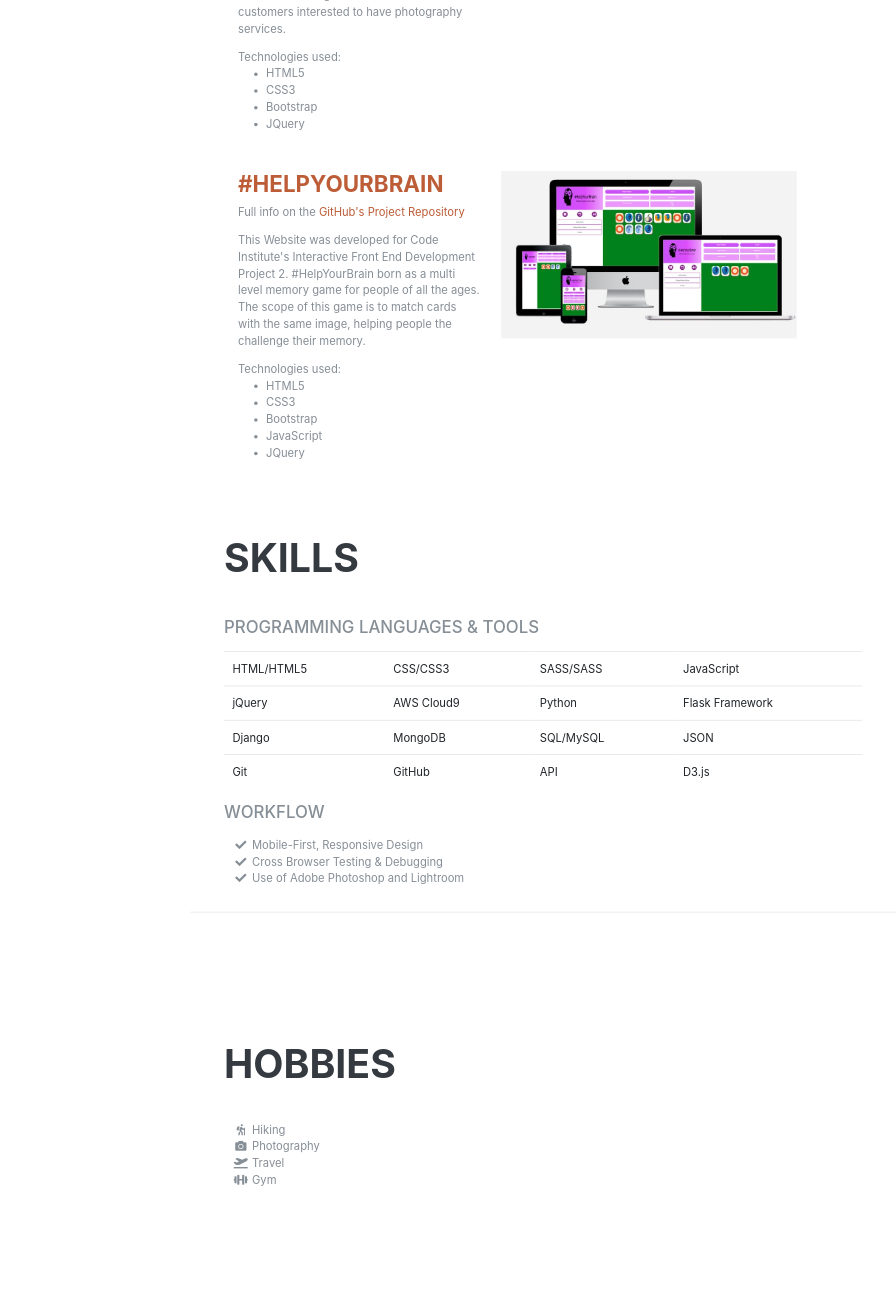
Repository: gello94/antonio_augello_online_Resume
Page: http://localhost/
The author's editor kept a record of every edit. The page is drawn from the files as they stood at one moment, then again after the next edit.
The browser window is 1280 px wide. The pictures show the part of the page from y = 2819 to 4739 px (the page is 4698 px tall before and 4739 px after), at 70% of full size.
Some web fonts or font styles are not loaded; a fallback is used. The page is served by the project's application, run on Flask 3 (run.py).

Above is the page before.

After the next edit:
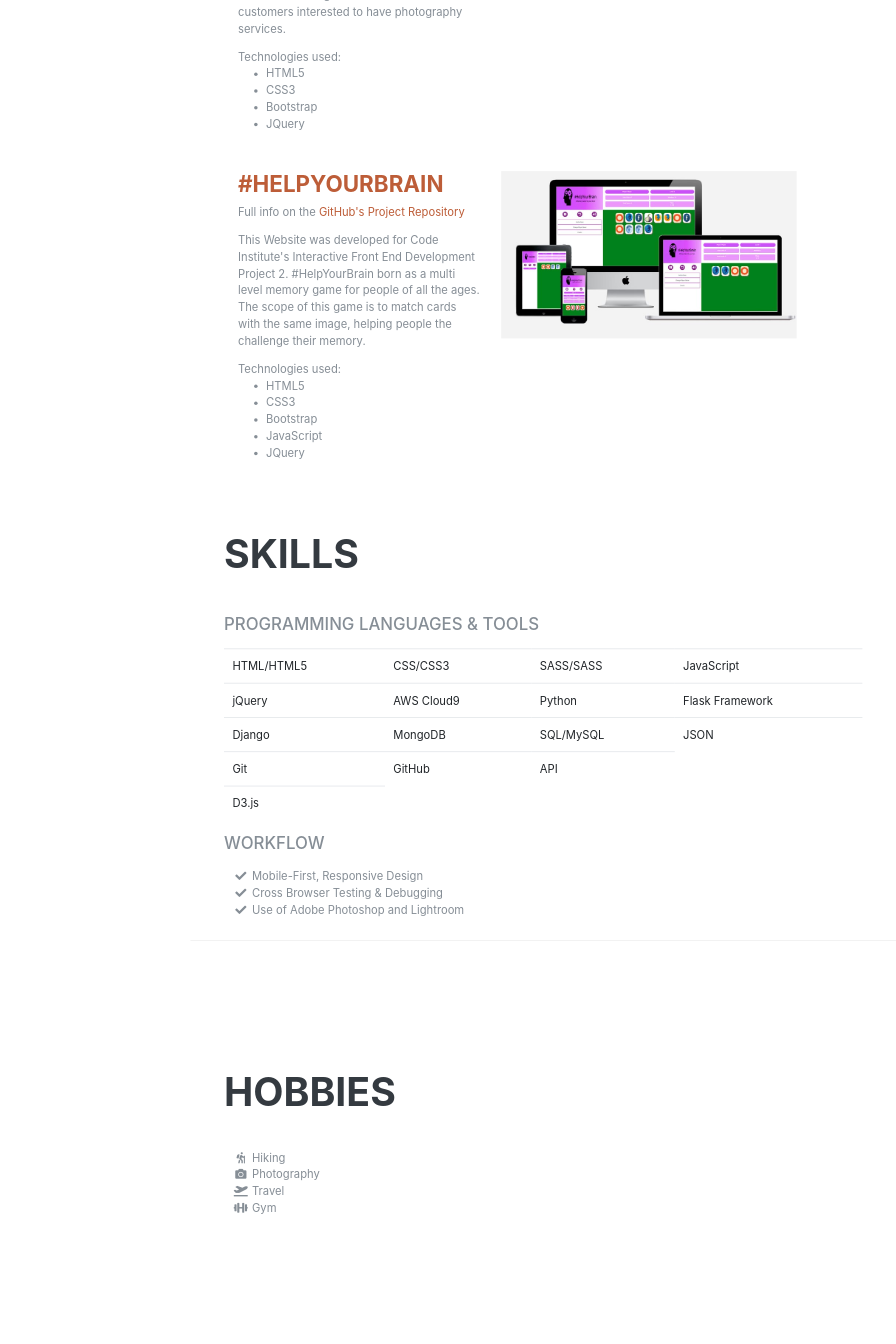
The edit:
--- a/templates/index.html
+++ b/templates/index.html
@@ -292,7 +292,10 @@
               <td>Git</td>
               <td>GitHub</td>
               <td>API</td>
-              <td>D3.js</td>
+            </tr>
+            <tr>
+                            <td>D3.js</td>
+
             </tr>
           </tbody>
         </table>
